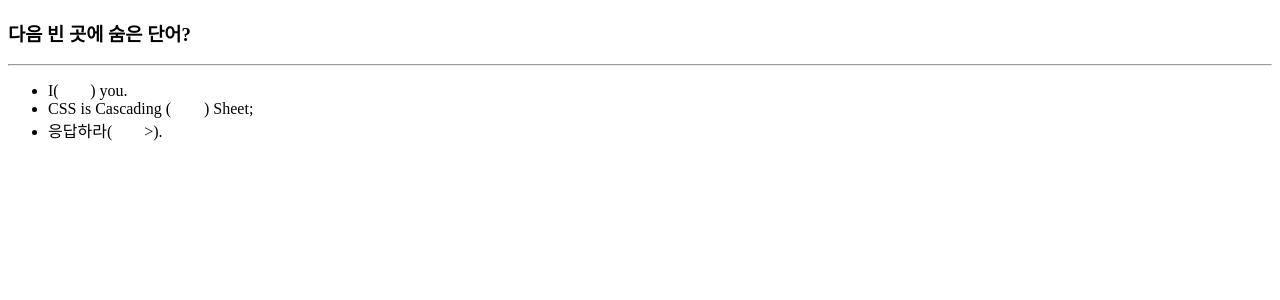
Repository: Gmajorlist/HTML
Page: css/src/main/webapp/05_cssPositioning/exam8.html
An editor plug-in stored every save of this project. The page is shown before and after the next save, followed by the edit.
The browser window is 1280 px wide. The pictures show the whole page.

Above is the page before, as saved 2023-03-16 02:01:27.

After the next save:
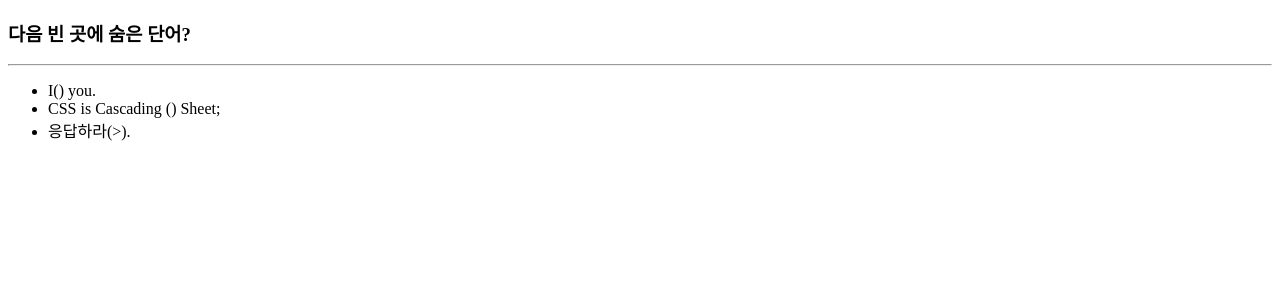
Saved 35 s later.
--- a/css/src/main/webapp/05_cssPositioning/exam8.html
+++ b/css/src/main/webapp/05_cssPositioning/exam8.html
@@ -5,9 +5,10 @@
 <title>Insert title here</title>
 <style type="text/css">
 .item{
-	visibility: hidden;
+	/* visibility: hidden; */
+	display: none;
+}
 
-}
 
 
 </style>

After the save that followed:
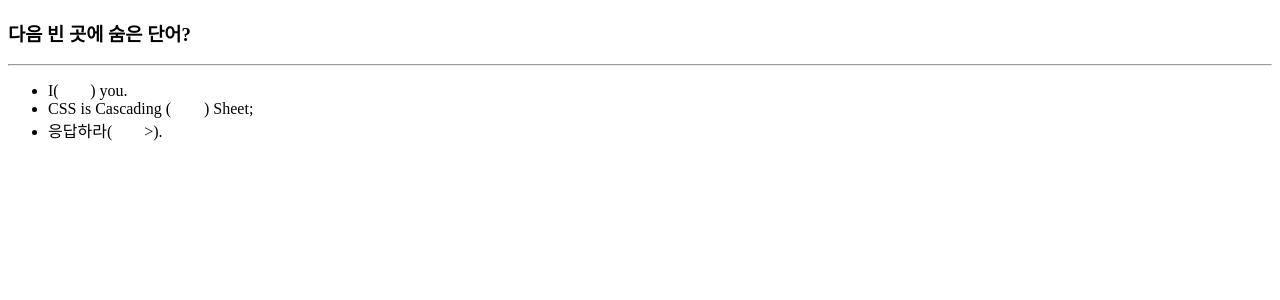
Saved 2 min 38 s later.
--- a/css/src/main/webapp/05_cssPositioning/exam8.html
+++ b/css/src/main/webapp/05_cssPositioning/exam8.html
@@ -5,8 +5,12 @@
 <title>Insert title here</title>
 <style type="text/css">
 .item{
-	/* visibility: hidden; */
-	display: none;
+	visibility: hidden; /*  공간이 살아있어서 이걸써야함 */
+	/* display: none; */ /*  이것을 쓰면 공간을 줄여버려서 이상해짐 */
+
+}
+.item:hover {
+	visibility: visible;
 }
 
 
